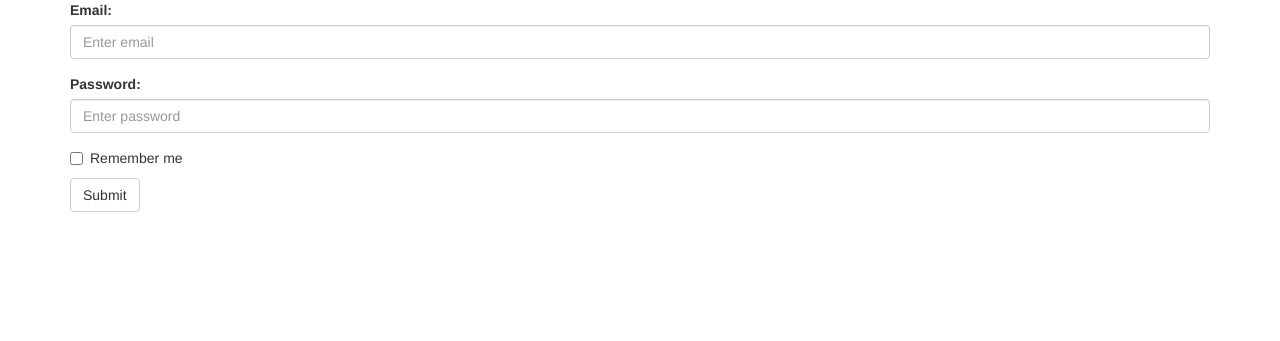
Repository: ahpraveen/springbootdemo
Page: demo/src/main/resources/static/login.html
An editor plug-in stored every save of this project. The page is shown before and after the next save, followed by the edit.
The browser window is 1280 px wide. The pictures show the whole page.
Some web libraries are served in a nearby version.

Above is the page before, as saved 2018-01-22 00:50:50.

### demo/src/main/resources/static/login.html
<!DOCTYPE html>
<html>
<head>
<title>Login to Rewards+</title>
<meta charset="utf-8">
<meta name="viewport" content="width=device-width, initial-scale=1">
<link rel="stylesheet" href="https://maxcdn.bootstrapcdn.com/bootstrap/3.3.7/css/bootstrap.min.css">
<script src="https://ajax.googleapis.com/ajax/libs/jquery/3.2.1/jquery.min.js"></script>
<script src="https://maxcdn.bootstrapcdn.com/bootstrap/3.3.7/js/bootstrap.min.js"></script>
</head>
<body>
<div class="container">
<form>
<div class="form-group">
      <label for="email">Email:</label>
      <input type="email" class="form-control" id="email" placeholder="Enter email" name="email">
    </div>
    <div class="form-group">
      <label for="pwd">Password:</label>
      <input type="password" class="form-control" id="pwd" placeholder="Enter password" name="pwd">
    </div>
    <div class="checkbox">
      <label><input type="checkbox" name="remember"> Remember me</label>
    </div>
    <button type="submit" class="btn btn-default">Submit</button>
</form>
</div>
</body>
</html>

After the next save:
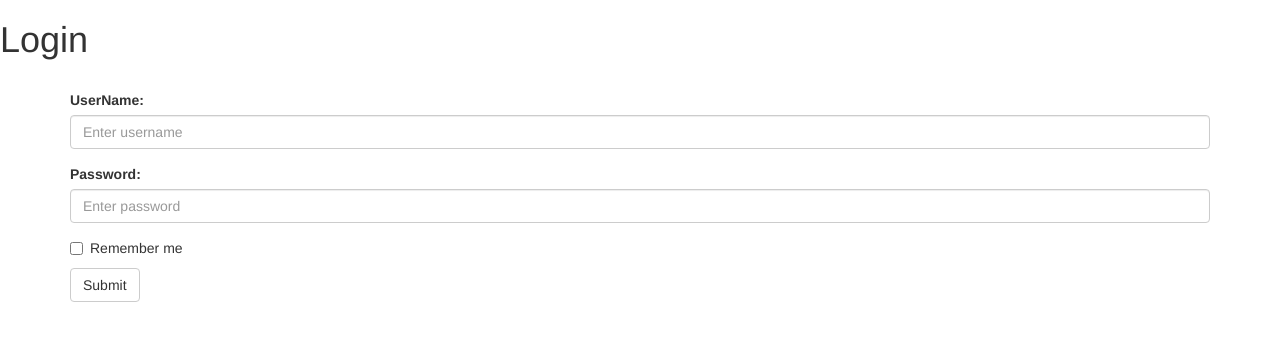
Saved 2 min 27 s later.
--- a/demo/src/main/resources/static/login.html
+++ b/demo/src/main/resources/static/login.html
@@ -9,11 +9,12 @@
 <script src="https://maxcdn.bootstrapcdn.com/bootstrap/3.3.7/js/bootstrap.min.js"></script>
 </head>
 <body>
+<h1>Login</h1><br>
 <div class="container">
 <form>
 <div class="form-group">
-      <label for="email">Email:</label>
-      <input type="email" class="form-control" id="email" placeholder="Enter email" name="email">
+      <label for="userName">UserName:</label>
+      <input type="text" class="form-control" id="username" placeholder="Enter username" name="username">
     </div>
     <div class="form-group">
       <label for="pwd">Password:</label>
